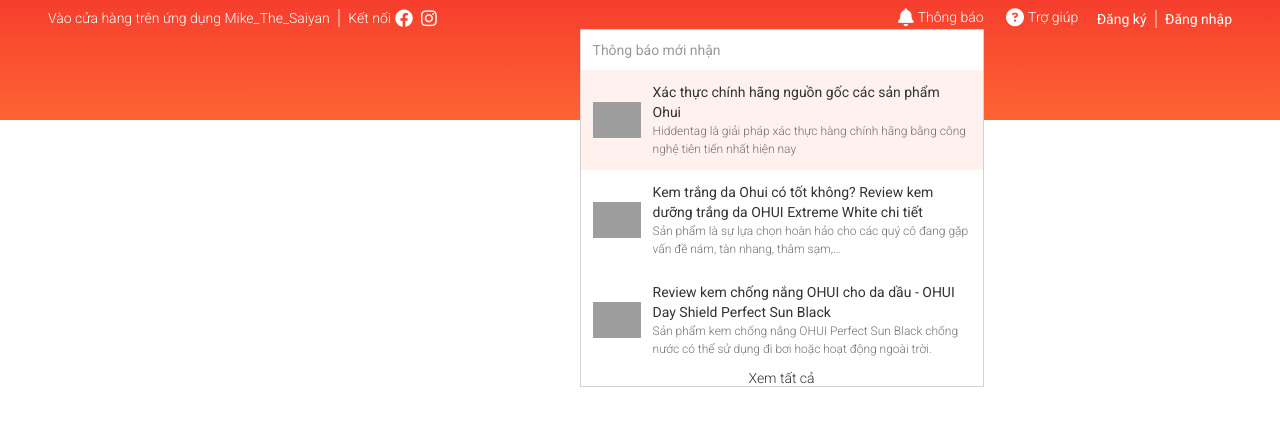
Repository: thefellowshiplotr/project_shopee
Page: index.html
An editor plug-in stored every save of this project. The page is shown before and after the next save, followed by the edit.
The browser window is 1280 px wide. The pictures show the whole page.
Pictures or frames that could not be fetched are drawn as grey boxes.

Above is the page before, as saved 2022-11-07 10:42:22.

### index.html
<!DOCTYPE html>
<html lang="en">
  <head>
    <meta charset="UTF-8" />
    <meta http-equiv="X-UA-Compatible" content="IE=edge" />
    <meta name="viewport" content="width=device-width, initial-scale=1.0" />
    <title>Shopee</title>
    <link
      rel="stylesheet"
      href="https://cdnjs.cloudflare.com/ajax/libs/normalize/8.0.1/normalize.min.css"
      integrity="sha512-NhSC1YmyruXifcj/KFRWoC561YpHpc5Jtzgvbuzx5VozKpWvQ+4nXhPdFgmx8xqexRcpAglTj9sIBWINXa8x5w=="
      crossorigin="anonymous"
      referrerpolicy="no-referrer"
    />
    <link rel="preconnect" href="https://fonts.googleapis.com" />
    <link rel="preconnect" href="https://fonts.gstatic.com" crossorigin />
    <link
      href="https://fonts.googleapis.com/css2?family=Roboto:wght@300;400;500;700&display=swap"
      rel="stylesheet"
    />
    <link rel="stylesheet" href="./assets/css/base.css" />
    <link rel="stylesheet" href="./assets/css/main.css" />
    <link
      rel="stylesheet"
      href="./assets/fonts/fontawesome-free-6.2.0-web/fontawesome-free-6.2.0-web/css/all.min.css"
    />
  </head>
  <body>
    <div class="wrapper">
      <header class="header">
        <div class="grid">
          <nav class="header__navbar">
            <ul class="header__navbar-list">
              <li
                class="header__navbar-item header__navbar-item-has-qr header__navbar-item--separate"
              >
                Vào cửa hàng trên ứng dụng Mike_The_Saiyan

                <!-- Header QR -->
                <div class="header__qr">
                  <img
                    src="./assets/img/QR-shopee.png"
                    alt="QR code"
                    class="header__qr-img"
                  />
                  <div class="header__qr-apps">
                    <a href="" class="header__qr-link">
                      <img
                        src="./assets/img/appstore.png"
                        alt="Appstore"
                        class="header__qr-download-img"
                      />
                    </a>
                    <a href="" class="header__qr-link">
                      <img
                        src="./assets/img/google-play.png"
                        alt="Google Play"
                        class="header__qr-download-img"
                      />
                    </a>
                    <a href="" class="header__qr-link">
                      <img
                        src="./assets/img/app-galery.png"
                        alt="App Galary"
                        class="header__qr-download-img"
                      />
                    </a>
                  </div>
                </div>
              </li>
              <li class="header__navbar-item">
                <span class="header__navbar-title--no-pointer">Kết nối</span>
                <a href="" class="header__navbar-icon-link"
                  ><i class="header__navbar-icon fa-brands fa-facebook"></i
                ></a>
                <a href="" class="header__navbar-icon-link"
                  ><i class="header__navbar-icon fa-brands fa-instagram"></i
                ></a>
              </li>
            </ul>
            <ul class="header__navbar-list">
              <li class="header__navbar-item">
                <a href="" class="header__navbar-item-link">
                  <i class="header__navbar-icon fa-solid fa-bell"></i>
                  Thông báo
                </a>
                <div class="header__notify">
                  <header class="header__notify-header">
                    <h3>Thông báo mới nhận</h3>
                  </header>
                  <ul class="header__notify-list">
                    <li class="header__notify-item header__notify-item--viewed">
                      <a href="" class="header__notify-link">
                        <img
                          src="https://cdn.abphotos.link/photos/resized/200x120/83-1625652146-myphamohui-lgvina.png"
                          alt=""
                          class="header__notify-img"
                        />
                        <div class="header__notify-info">
                          <span class="header__notify-name"
                            >Xác thực chính hãng nguồn gốc các sản phẩm
                            Ohui</span
                          >
                          <span class="header__notify-description"
                            >Hiddentag là giải pháp xác thực hàng chính hãng
                            bằng công nghệ tiên tiến nhất hiện nay</span
                          >
                        </div>
                      </a>
                    </li>
                    <li class="header__notify-item">
                      <a href="" class="header__notify-link">
                        <img
                          src="https://cdn.abphotos.link/photos/resized/200x120/1653708536-php4dvzf5.png"
                          alt=""
                          class="header__notify-img"
                        />
                        <div class="header__notify-info">
                          <span class="header__notify-name"
                            >Kem trắng da Ohui có tốt không? Review kem dưỡng
                            trắng da OHUI Extreme White chi tiết</span
                          >
                          <span class="header__notify-description"
                            >Sản phẩm là sự lựa chọn hoàn hảo cho các quý cô
                            đang gặp vấn đề nám, tàn nhang, thâm sạm,…</span
                          >
                        </div>
                      </a>
                    </li>
                    <li class="header__notify-item">
                      <a href="" class="header__notify-link">
                        <img
                          src="https://cdn.abphotos.link/photos/resized/200x120/1653706577-phpmugy75.png"
                          alt=""
                          class="header__notify-img"
                        />
                        <div class="header__notify-info">
                          <span class="header__notify-name"
                            >Review kem chống nắng OHUI cho da dầu - OHUI Day
                            Shield Perfect Sun Black</span
                          >
                          <span class="header__notify-description"
                            >Sản phẩm kem chống nắng OHUI Perfect Sun Black
                            chống nước có thể sử dụng đi bơi hoặc hoạt động
                            ngoài trời.</span
                          >
                        </div>
                      </a>
                    </li>
                  </ul>
                  <footer class="header__notify-footer">
                    <a href="" class="header__notify-footer-btn">Xem tất cả</a>
                  </footer>
                </div>
              </li>
              <li class="header__navbar-item">
                <a href="" class="header__navbar-item-link">
                  <i
                    class="header__navbar-icon fa-solid fa-circle-question"
                  ></i>
                  Trợ giúp
                </a>
              </li>
              <li
                class="header__navbar-item header__navbar-item--strong header__navbar-item--separate"
              >
                Đăng ký
              </li>
              <li class="header__navbar-item header__navbar-item--strong">
                Đăng nhập
              </li>
            </ul>
          </nav>
        </div>
      </header>

      <div class="container"></div>

      <footer class="footer"></footer>
    </div>
  </body>
</html>

### assets/css/base.css
:root {
  --primary-color: #ee4d2d;
  --white-color: #fff;
  --black-color: #000;
  --text-color: #333;
}

* {
  box-sizing: inherit;
}

html {
  font-size: 62.5%; /* Sử dụng kĩ thuật HACK*/
  line-height: 1.6rem;
  font-family: "Roboto", sans-serif;
  box-sizing: border-box;
}

.grid {
  width: 1200px;
  max-width: 100%;
  margin: 0 auto;
}

.grid__full-width {
  width: 100%;
}

.grid__row {
  display: flex;
  flex-wrap: wrap;
}

/* Animation */
@keyframes fadeIn {
  from {
    opacity: 0;
  }
  to {
    opacity: 1;
  }
}

### assets/css/main.css
.header {
  height: 120px;
  background-image: linear-gradient(0, #fe6433, #f53e2d);
}

.header__navbar {
  display: flex;
  justify-content: space-between;
  align-items: center;
}

.header__navbar-list {
  list-style: none;
  padding-left: 0;
  margin-top: 4px;
}

.header__navbar-item {
  margin: 0 8px;
  position: relative;
  min-height: 25px;
}

.header__navbar-item-has-qr:hover .header__qr {
  display: block;
}

.header__navbar-item,
.header__navbar-item-link {
  display: inline-block;
  font-size: 1.4rem;
  color: var(--white-color);
  text-decoration: none;
  font-weight: 300;
}

.header__navbar-item,
.header__navbar-item-link,
.header__navbar-icon-link {
  display: inline-flex;
  align-items: center;
}

.header__navbar-item:hover,
.header__navbar-item-link:hover,
.header__navbar-icon-link:hover {
  cursor: pointer;
  color: rgba(255, 255, 255, 0.7);
}

.header__navbar-item--strong {
  font-weight: 400;
}

.header__navbar-item--separate::after {
  content: "";
  display: block;
  position: absolute;
  border: 1px solid #fb9086;
  height: 16px;
  right: -10px;
  top: 50%;
  transform: translateY(-50%);
}

.header__navbar-icon-link {
  color: var(--white-color);
  text-decoration: none;
}

.header__navbar-icon {
  font-size: 1.8rem;
  margin: 0 4px;
}

.header__navbar-title--no-pointer {
  cursor: text;
  color: var(--white-color);
}

/* Header QR code*/
.header__qr {
  width: 186px;
  background-color: var(--white-color);
  position: absolute;
  left: 0;
  top: 118%; /* làm cho nó cao bằng 100% chiều cao của thằng chứa nó*/
  padding: 8px;
  border-radius: 2px;
  display: none;
  animation: fadeIn ease-in 0.4s;
}

.header__qr::before {
  position: absolute;
  left: 0;
  top: -16px;
  width: 100%;
  height: 20px;
  content: "";
  display: block;
}

.header__qr-img {
  width: 100%;
}

.header__qr-apps {
  display: flex;
  justify-content: space-between;
  flex-wrap: wrap;
  margin-top: 5px;
}

.header__qr-link:nth-child(1) {
  margin-left: 9px;
}

.header__qr-link:nth-child(2) {
  margin-right: 9px;
}
.header__qr-link:nth-child(3) {
  margin-left: 8px;
  margin-top: 8px;
}

.header__qr-download-img {
  height: 16px;
}

/* header notification */

.header__notify {
  position: absolute;
  top: 100%;
  width: 404px;
  right: 0;
  border: 1px solid #d3d3d3;
  background-color: var(--white-color);
}

.header__notify-header {
  height: 40px;
  background-color: var(--white-color);
}

.header__notify-header h3 {
  color: #999;
  margin: 0 0 0 12px;
  font-weight: 400;
  font-size: 1.4rem;
  line-height: 40px;
}

.header__notify-list {
  padding-left: 0;
}

.header__notify-item {
  display: flex;
}

.header__notify-item:hover {
  background-color: #f7f7f7;
}

.header__notify-item--viewed {
  background-color: rgba(238, 75, 43, 0.08);
}

.header__notify-link {
  display: flex;
  width: 100%;
  padding: 12px;
  text-decoration: none;
}

.header__notify-img {
  width: 48px;
  object-fit: contain;
}

.header__notify-info {
  margin-left: 12px;
}

.header__notify-name {
  display: block;
  color: var(--text-color);
  font-size: 1.4rem;
  font-weight: 400;
  line-height: calc(2 / 1.4);
}

.header__notify-description {
  display: block;
  font-size: 1.2rem;
  line-height: calc(1.8 / 1.2);
  color: #756f6e;
}

.header__notify-footer {
  text-align: center;
}

.header__notify-footer-btn {
  text-decoration: none;
  color: var(--text-color);
  padding: 4px 16px;
}

Loaded but not shown: assets/fonts/fontawesome-free-6.2.0-web/fontawesome-free-6.2.0-web/css/all.min.css (library)

After the next save:
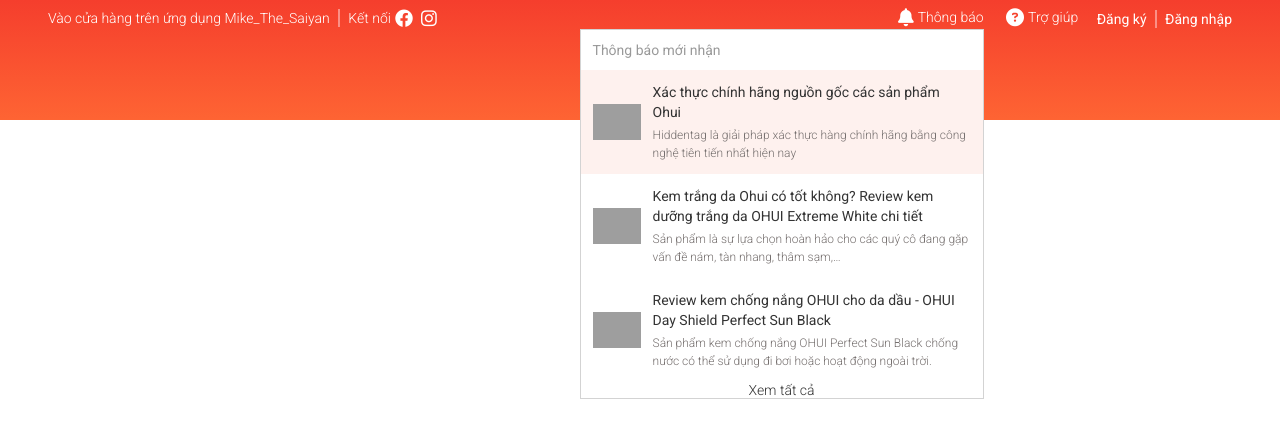
Saved 68 s later.
--- a/assets/css/main.css
+++ b/assets/css/main.css
@@ -197,6 +197,7 @@
   font-size: 1.2rem;
   line-height: calc(1.8 / 1.2);
   color: #756f6e;
+  margin-top: 4px;
 }
 
 .header__notify-footer {
